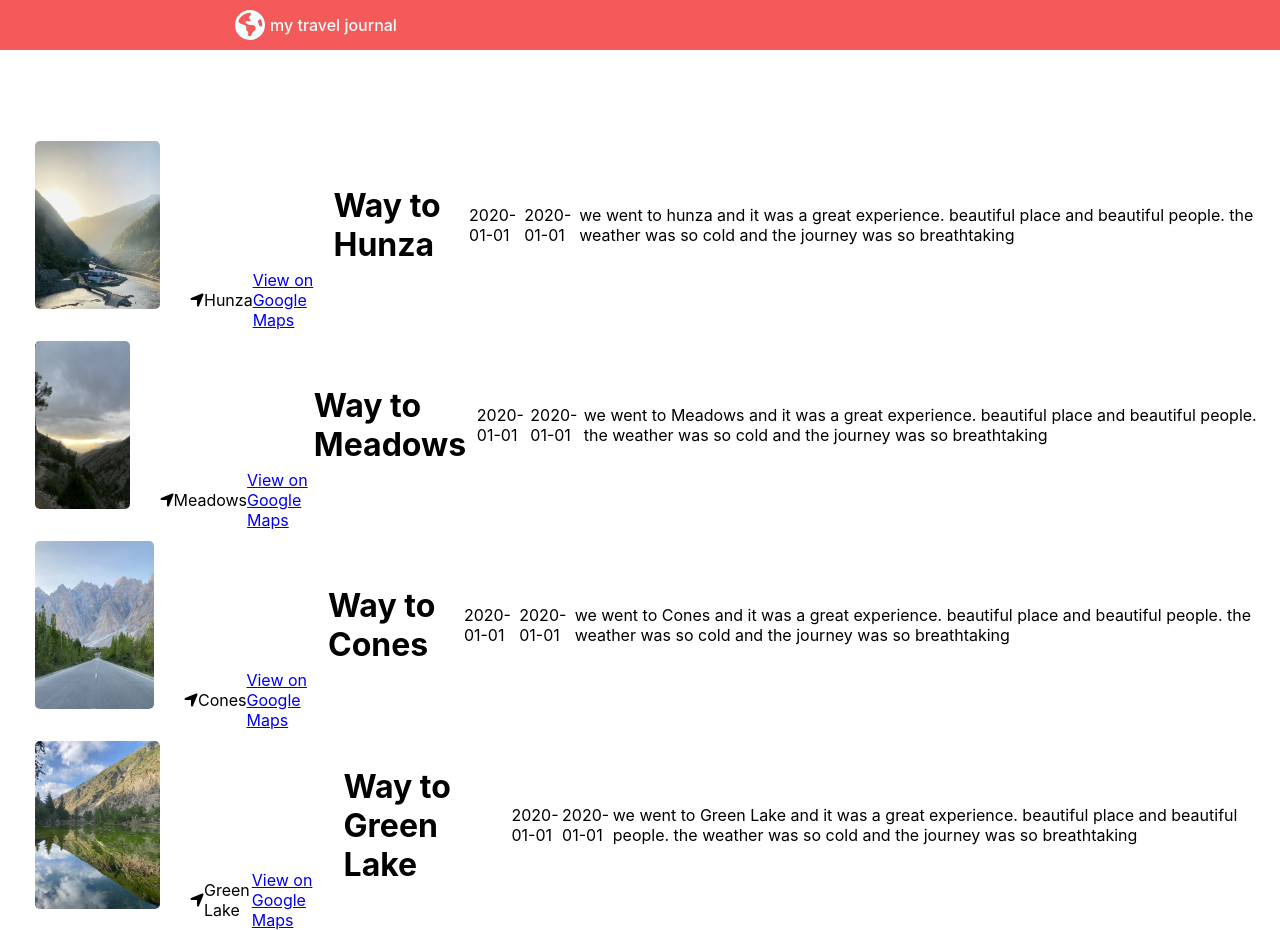
Repository: mortiestmorty1/travel-journal
Page: /
The author's editor kept a copy of each file at every save. The page is drawn from the files as they stood at one save, then again after the next save.
The browser window is 1280 px wide. The pictures show the whole page.
The project was rebuilt for these pictures with package versions that can differ from the ones it lists, and the page was loaded fresh each time.

Above is the page before, as saved 2024-01-17 14:51:50.

After the next save:
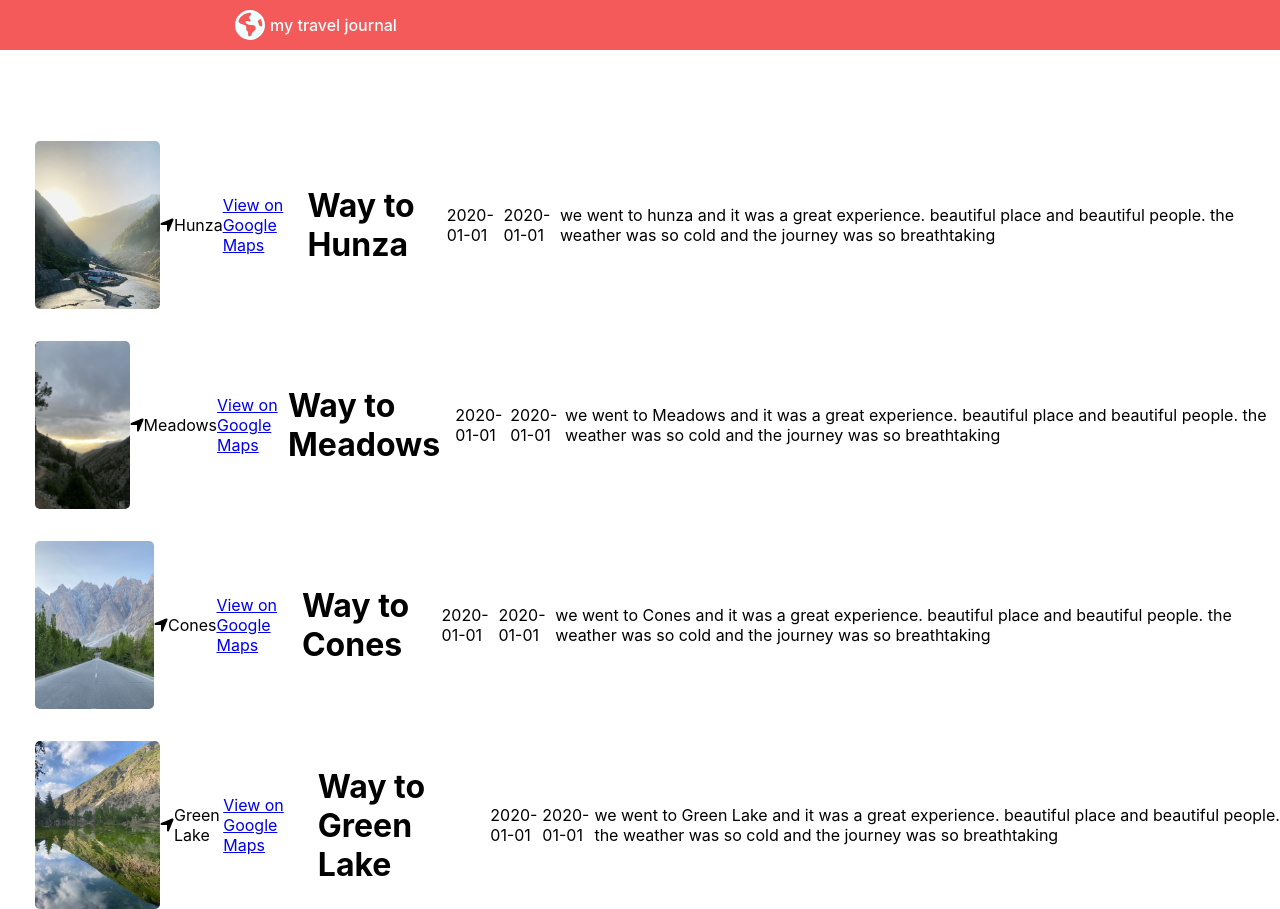
Saved 7 s later.
--- a/src/App.css
+++ b/src/App.css
@@ -42,7 +42,5 @@
   display: flex;
   justify-content: space-between;
   align-items: center;
-  margin-top: 150px;
-  height: 50px;
-  margin-left: 30px;
+
 }
